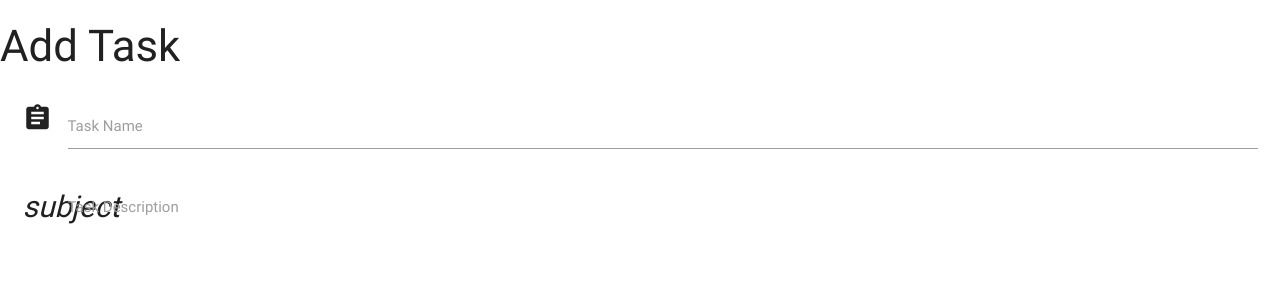
Repository: kalkiboru111/task-manager
Page: http://localhost/add_task
The author's editor kept a record of every edit. The page is drawn from the files as they stood at one moment, then again after the next edit.
The browser window is 1280 px wide. The pictures show the whole page.
The page is served by the project's application, run on Flask 3 (app.py).

Above is the page before.

### templates/addtask.html
{% extends 'base.html' %} {% block content %}

<h3>Add Task</h3>

<div class="row">
    <form action="" method="POST" class="col s12">
        <div class="row">
            <div class="input-field col s12">
                <i class="material-icons prefix">assignment</i>
                <input id="task_name" name="task_name" type="text" class="validate">
                <label for="icon-prefix">Task Name</label>
            </div>
            <div class="input-field col s12">
                <i class="material icons prefix">subject</i>
                <text_area name="task_description" id="task_description" class="materialize_textarea"></text_area>
                <label for="icon_telephone">Task Description</label>
            </div>
        </div>
    </form>
</div>

{% endblock %}

### templates/base.html
<!DOCTYPE html>
<html>

<head>
    <link href="https://fonts.googleapis.com/icon?family=Material+Icons" rel="stylesheet">
    <link rel="stylesheet" href="https://cdnjs.cloudflare.com/ajax/libs/materialize/0.100.2/css/materialize.min.css">
</head>

<body>
    {% block content %} {% endblock %}
    <script src="https://cdnjs.cloudflare.com/ajax/libs/jquery/3.4.1/jquery.min.js" integrity="sha256-CSXorXvZcTkaix6Yvo6HppcZGetbYMGWSFlBw8HfCJo=" crossorigin="anonymous"></script>
    <script src="https://cdnjs.cloudflare.com/ajax/libs/materialize/0.100.2/js/materialize.min.js"></script>
    <script type="text/javascript">
        $(document).ready(function() {
            $('.collapsible').collapsible();
        })
    </script>
</body>

</html>

### app.py
import os
from flask import Flask, render_template, request, redirect, url_for
from flask_pymongo import PyMongo
from bson.objectid import ObjectId


app = Flask(__name__)

app.config["MONGO_DBNAME"] = "task manager"
app.config["MONGO_URI"] = "mongodb+srv://root:83ZQythXiDEUTHCq@myfirstcluster-qstcj.mongodb.net/task_manager?retryWrites=true&w=majority"

mongo = PyMongo(app)

@app.route('/')
@app.route('/get_tasks')
def get_tasks():
    return render_template("tasks.html", tasks=mongo.db.tasks.find())

@app.route('/add_task')
def add_task():
    return render_template("addtask.html")

if __name__ == '__main__':
    app.run(host=os.environ.get('IP'),
    port=int(os.environ.get('PORT')),
    debug=True)

After the next edit:
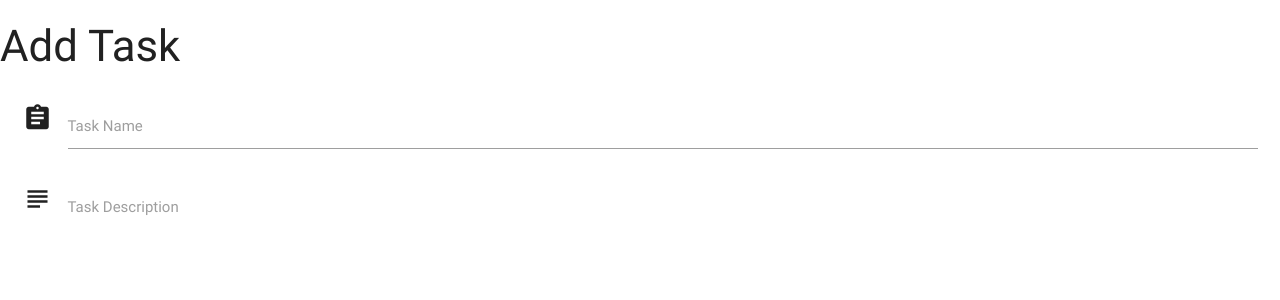
The edit:
--- a/templates/addtask.html
+++ b/templates/addtask.html
@@ -11,7 +11,7 @@
                 <label for="icon-prefix">Task Name</label>
             </div>
             <div class="input-field col s12">
-                <i class="material icons prefix">subject</i>
+                <i class="material-icons prefix">subject</i>
                 <text_area name="task_description" id="task_description" class="materialize_textarea"></text_area>
                 <label for="icon_telephone">Task Description</label>
             </div>
